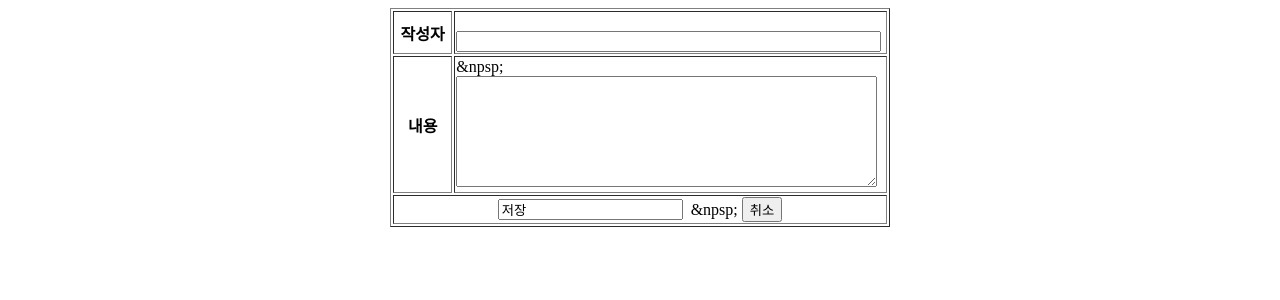
Repository: ghs0814/jsp-workspace
Page: ServletProject/src/main/webapp/bbs/write.html
An editor plug-in stored every save of this project. The page is shown before and after the next save, followed by the edit.
The browser window is 1280 px wide. The pictures show the whole page.

Above is the page before, as saved 2026-05-21 04:17:17.

After the next save:
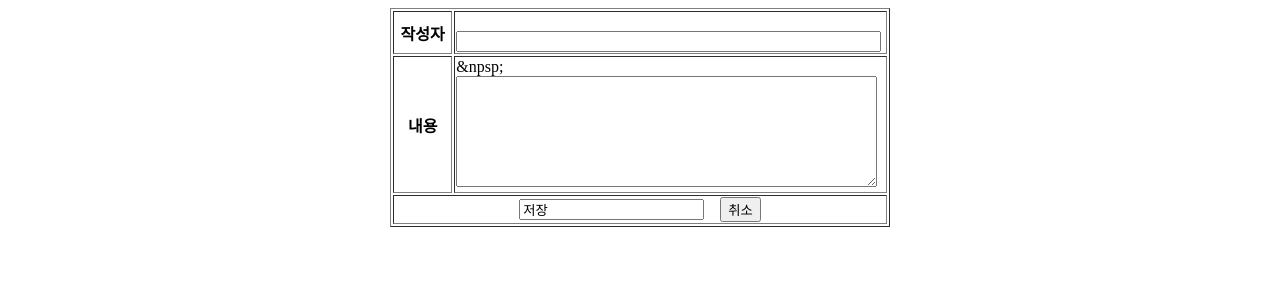
Saved 22 s later.
--- a/ServletProject/src/main/webapp/bbs/write.html
+++ b/ServletProject/src/main/webapp/bbs/write.html
@@ -23,7 +23,7 @@
 
 			<tr>
 				<td colspan="2" align="center">
-					<input type="submin" value="저장"> &nbsp;&npsp;
+					<input type="submin" value="저장"> &nbsp;&nbsp;
 					<input type="reset" value="취소">
 				</td>
 			</tr>
